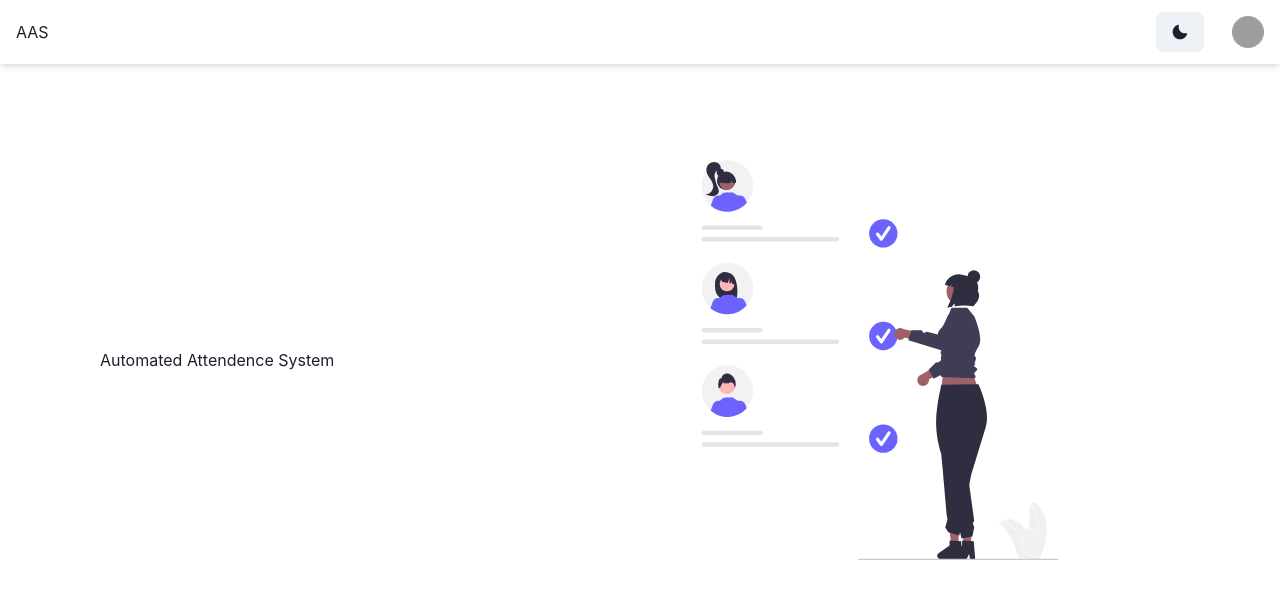
Repository: shash0708/attendence
Page: /
These files come from the project's save history. The page is drawn as it stood at one moment and after a run of saves; the edit follows.
The browser window is 1280 px wide. The pictures show the whole page.
Pictures or frames that could not be fetched are drawn as grey boxes. The project was rebuilt for these pictures with package versions that can differ from the ones it lists, and the page was loaded fresh each time. Also part of the build but not shown: src/App.css, src/components/Login/Login.component.jsx, src/components/Signup/Signup.component.jsx, src/routes/Authentication/Authentication.component.jsx.

Above is the page before, as saved 2024-04-06 19:47:33.

### src/index.js
import React from 'react';
import ReactDOM from 'react-dom/client';
import './index.css';
import App from './App';
import reportWebVitals from './reportWebVitals';
import { BrowserRouter } from 'react-router-dom';
import { ChakraProvider } from '@chakra-ui/react'

const root = ReactDOM.createRoot(document.getElementById('root'));
root.render(
  <React.StrictMode>
  <BrowserRouter>
<ChakraProvider>
    <App />
    </ChakraProvider>
    </BrowserRouter>

  </React.StrictMode>
);

// If you want to start measuring performance in your app, pass a function
// to log results (for example: reportWebVitals(console.log))
// or send to an analytics endpoint. Learn more: https://bit.ly/CRA-vitals
reportWebVitals();

### src/App.js
import './App.css';
import Home from './routes/Home/Home.component.jsx'
import { Routes,Route} from 'react-router-dom';
import Authentication from './routes/Authentication/Authentication.component';

function App() {
  return (
    <Routes>
    <Route index element={<Home/>}/>

    <Route path='auth' element={<Authentication/>}/>

    </Routes>
  );
}

export default App;

### src/routes/Home/Home.component.jsx
import React from 'react'
import { Outlet } from 'react-router-dom';
import Nav from '../../components/Navbar/Navbar.component';
import HomeProp from '../../components/homeProp/HomeProp.component';
const Home  = () => {
  return (
    <div>
       <Nav/>
       <HomeProp />
       <Outlet/>
    </div>
  )
}

export  default Home;

### client/src/components/Navbar/Navbar.component.jsx
'use client'

import {
  Box,
  Flex,
  Avatar,
  Text,
  Button,
  Menu,
  MenuButton,
  MenuList,
  MenuItem,
  MenuDivider,
  useDisclosure,
  useColorModeValue,
  Stack,
  useColorMode,
  Center,
} from '@chakra-ui/react'
import { MoonIcon, SunIcon } from '@chakra-ui/icons'
import { Link, Outlet } from 'react-router-dom';

const NavLink = (props) => {
  const { children } = props

  return (
    <Box
      as="a"
      px={2}
      py={1}
      rounded={'md'}
      _hover={{
        textDecoration: 'none',
        bg: useColorModeValue('gray.200', 'gray.700'),
      }}
      href={'#'}>
      {children}
    </Box>
  )
}

export default function Nav() {
  const { colorMode, toggleColorMode } = useColorMode();
  const { isOpen, onOpen, onClose } = useDisclosure();
  return (
    <div>
      <Box

        px={4}
        shadow="md"
        style={{ backdropFilter: 'blur(10px)' }} // Adds blur effect to the background
      >
        <Flex h={16} alignItems={'center'} justifyContent={'space-between'}>
          <Box>
          <Link to="/">AAS</Link>

          </Box>

          <Flex alignItems={'center'}>
            <Stack direction={'row'} spacing={7}>
              <Button onClick={toggleColorMode}>
                {colorMode === 'light' ? <MoonIcon /> : <SunIcon />}
              </Button>

              <Menu>
                <MenuButton
                  as={Button}
                  rounded={'full'}
                  variant={'link'}
                  cursor={'pointer'}
                  minW={0}>
                  <Avatar
                    size={'sm'}
                    src={'https://avatars.dicebear.com/api/male/username.svg'}
                  />
                </MenuButton>
                <MenuList alignItems={'center'} shadow="lg">
                  <br />
                  <Center>
                    <Avatar
                      size={'2xl'}
                      src={'https://avatars.dicebear.com/api/male/username.svg'}
                    />
                  </Center>
                  <br />
                  <Center>
                    <p>Username</p>
                  </Center>
                  <br />
                  <MenuDivider />
                  <MenuItem>Your Servers</MenuItem>
                  <MenuItem>Account Settings</MenuItem>
                  <MenuItem>Logout</MenuItem>
                </MenuList>
              </Menu>
            </Stack>
          </Flex>
        </Flex>
      </Box>
      <Outlet />
    </div>
  );
}

### src/components/homeProp/HomeProp.component.jsx
import React, { Fragment } from 'react'
import { ReactComponent as HomeLogo } from '../../assests/home.svg'
import './HomeProp.styles.scss';
const HomeProp= () => {
  return (
    <Fragment>
<div className='text'>
    <h1>Automated Attendence  System</h1>
    </div>
      <HomeLogo className='home-prop'/>
    </Fragment>
  )
}

export default HomeProp;

### src/components/homeProp/HomeProp.styles.scss
// Use variables to style your logo
.home-prop{
  width: 1000px;
  height: 400px;  // Add other styling properties as needed
  position: fixed;
  top: 50%; // Adjust as needed
  right: -100px; // Adjust as needed
  transform: translateY(-50%);
}

.text{
  // Add other styling properties as needed
  position: fixed;
  top: 50%; // Adjust as needed
  left: 100px; // Adjust as needed
  transform: translateY(-50%);
}

Loaded but not shown: public/index.html (common file); src/index.css (common file); src/reportWebVitals.js (common file)

After the next 6 saves:
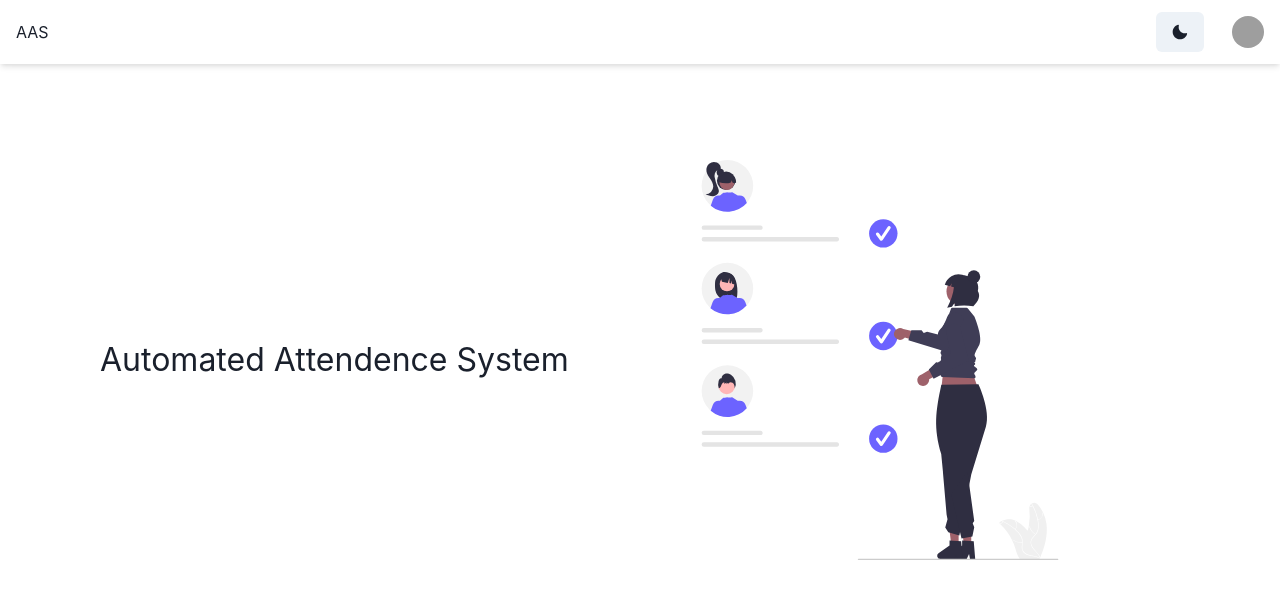
The 6 saves are shown as one change because 1 did not build or start and some came seconds apart.
The last was saved 15 s later.
--- a/src/components/homeProp/HomeProp.styles.scss
+++ b/src/components/homeProp/HomeProp.styles.scss
@@ -9,7 +9,7 @@
 }
 
 .text{
-  // Add other styling properties as needed
+  font-size: xx-large;
   position: fixed;
   top: 50%; // Adjust as needed
   left: 100px; // Adjust as needed
